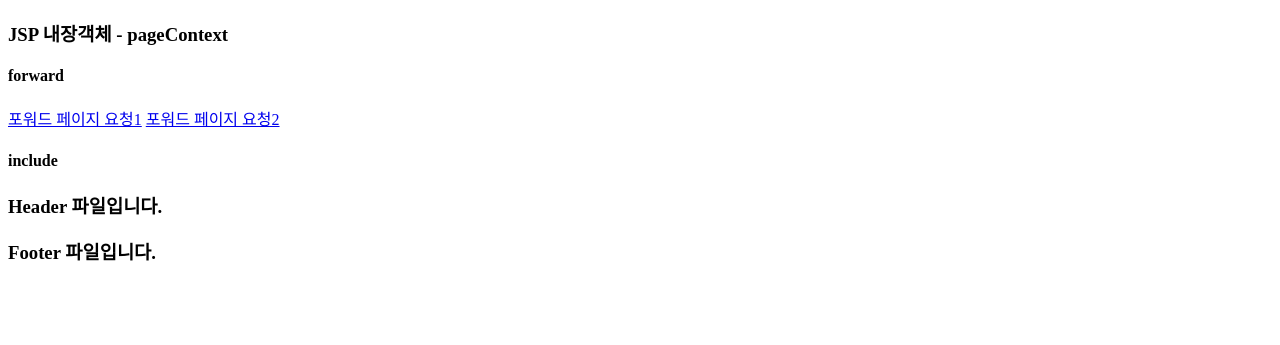
Repository: SangKyuuu/Jsp
Page: http://localhost/ch03/3_pageContext.jsp
These files come from the project's save history. The page is drawn as it stood at one moment and after the next save; the edit follows.
The browser window is 1280 px wide. The pictures show the whole page.
The page is served by Tomcat 9.

Above is the page before, as saved 2025-07-28 06:46:02.

### ch03/src/main/webapp/3_pageContext.jsp
<%@ page contentType="text/html; charset=UTF-8" pageEncoding="UTF-8"%>
<!DOCTYPE html>
<html>
	<head>
		<meta charset="UTF-8">
		<title>JSP 내장객체 - pageContext</title>
		<!--
			25/07/28
			최상규
			JSP 내장객체 - pageContext 실습하기
		 -->
	</head>
	<body>
		<h3>JSP 내장객체 - pageContext</h3>

		<h4>forward</h4>
		<a href="./proc/forward1.jsp">포워드 페이지 요청1</a>
		<a href="./proc/forward2.jsp">포워드 페이지 요청2</a>

		<h4>include</h4>
		<%
			//동적 페이지 삽입
			pageContext.include("./inc/_header.jsp");
			pageContext.include("./inc/_footer.jsp");
		%>

	</body>
</html>

### ch03/src/main/webapp/inc/_header.jsp
<%@ page contentType="text/html; charset=UTF-8" pageEncoding="UTF-8"%>
<header>
	<h3>Header 파일입니다.</h3>

</header>

### ch03/src/main/webapp/inc/_footer.jsp
<%@ page contentType="text/html; charset=UTF-8" pageEncoding="UTF-8"%>
<footer>
	<h3>Footer 파일입니다.</h3>

</footer>

After the next save:
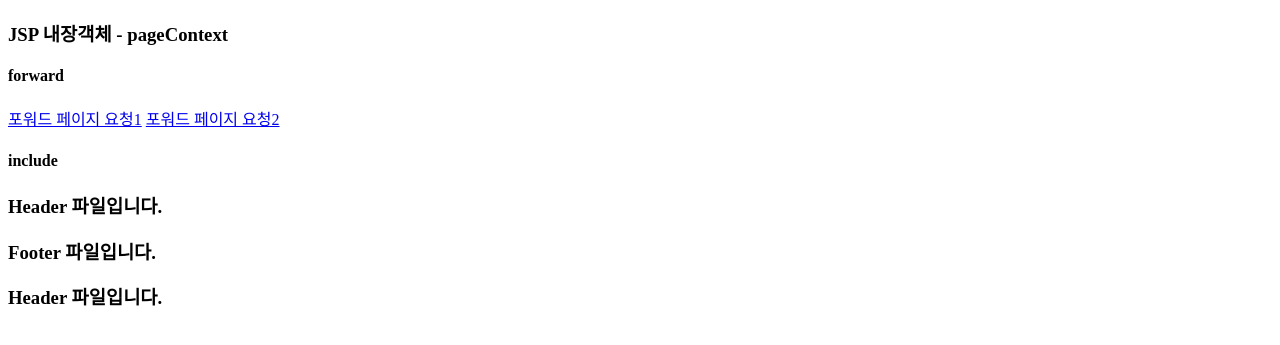
Saved 31 s later.
--- a/ch03/src/main/webapp/3_pageContext.jsp
+++ b/ch03/src/main/webapp/3_pageContext.jsp
@@ -24,5 +24,7 @@
 			pageContext.include("./inc/_footer.jsp");
 		%>
 
+		<%@ include file="./inc/_header.jsp" %>
+
 	</body>
 </html>
